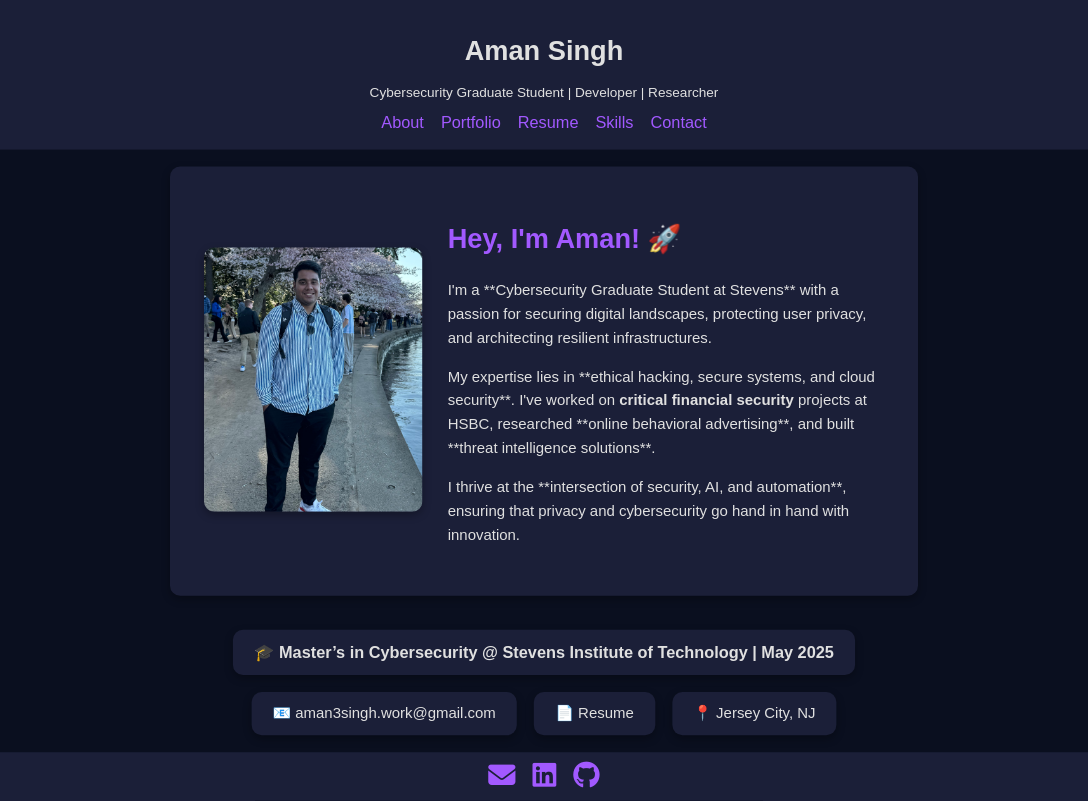
Repository: aman3singh/portfolio
Page: index.html
The author's editor kept a copy of each file at every save. The page is drawn from the files as they stood at one save, then again after the next save.
The browser window is 1280 px wide. The pictures show the whole page, at 85% of full size.

Above is the page before, as saved 2025-02-11 22:21:31.

### index.html
<!DOCTYPE html>
<html lang="en">
<head>
    <meta charset="UTF-8">
    <meta name="viewport" content="width=device-width, initial-scale=1.0">
    <title>Aman Singh | Cybersecurity Portfolio</title>
    <link rel="stylesheet" href="styles.css">
    <link rel="stylesheet" href="https://cdnjs.cloudflare.com/ajax/libs/font-awesome/6.4.2/css/all.min.css">
</head>
<body>
    <header>
        <h1>Aman Singh</h1>
        <p>Cybersecurity Graduate Student | Developer | Researcher</p>
        <nav>
            <a href="#about">About</a>
            <a href="portfolio.html">Portfolio</a>
            <a href="resume.html">Resume</a>
            <a href="#skills">Skills</a>
            <a href="#contact">Contact</a>
        </nav>
    </header>

    <section id="about" style="display: flex; align-items: center; gap: 30px; padding: 40px;">
        <div style="flex: 1; text-align: center;">
            <img src="Aman.jpg" alt="Aman Singh" style="width: 100%; max-width: 300px; border-radius: 12px; box-shadow: 0px 4px 10px rgba(0, 0, 0, 0.3);">
        </div>
        <div style="flex: 2;">
            <h2 style="color: #A259FF;">Hey, I'm Aman! 🚀</h2>
            <p>
                I'm a **Cybersecurity Graduate Student at Stevens** with a passion for securing digital landscapes, protecting user privacy, and architecting resilient infrastructures.
            </p>
            <p>
                My expertise lies in **ethical hacking, secure systems, and cloud security**. I've worked on <b>critical financial security</b> projects at HSBC, researched **online behavioral advertising**, and built **threat intelligence solutions**.
            </p>
            <p>
                I thrive at the **intersection of security, AI, and automation**, ensuring that privacy and cybersecurity go hand in hand with innovation.
            </p>
        </div>
    </section>

    <div style="display: flex; flex-direction: column; align-items: center; text-align: center; gap: 20px; padding: 20px;">
        <div style="background-color: #1B1F38; padding: 15px 25px; border-radius: 12px; font-size: 1.2em; box-shadow: 0px 4px 10px rgba(0, 0, 0, 0.3);">
            🎓 <b>Master’s in Cybersecurity @ Stevens Institute of Technology | May 2025</b>
        </div>
        <div style="display: flex; gap: 20px;">
            <div style="background-color: #1B1F38; padding: 15px 25px; border-radius: 12px; font-size: 1.1em; box-shadow: 0px 4px 10px rgba(0, 0, 0, 0.3);">
                📧 <a href="mailto:aman3singh.work@gmail.com" style="color: #E0E0E0; text-decoration: none;">aman3singh.work@gmail.com</a>
            </div>
            <div style="background-color: #1B1F38; padding: 15px 25px; border-radius: 12px; font-size: 1.1em; box-shadow: 0px 4px 10px rgba(0, 0, 0, 0.3);">
                📄 <a href="resume.html" style="color: #E0E0E0; text-decoration: none;">Resume</a>
            </div>
            <div style="background-color: #1B1F38; padding: 15px 25px; border-radius: 12px; font-size: 1.1em; box-shadow: 0px 4px 10px rgba(0, 0, 0, 0.3);">
                📍 Jersey City, NJ
            </div>
        </div>
    </div>


    <footer>
            <div class="social-links" style="display: flex; gap: 20px; font-size: 2rem;">
                <a href="mailto:aman3singh.work@gmail.com" target="_blank">
                    <i class="fa-solid fa-envelope"></i>
                </a>
                <a href="https://www.linkedin.com/in/aman-singh7/" target="_blank">
                    <i class="fa-brands fa-linkedin"></i>
                </a>
                <a href="https://github.com/aman3singh" target="_blank">
                    <i class="fa-brands fa-github"></i>
                </a>
            </div>
    </footer>
</body>
</html>

### styles.css
body {
    font-family: 'Arial', sans-serif;
    margin: 0;
    padding: 0;
    background-color: #0A0F1F;
    color: #E0E0E0;
}

header {
    background-color: #1B1F38;
    color: 	#E0E0E0;
    text-align: center;
    padding: 20px;
}

nav {
    display: flex;
    justify-content: center;
    gap: 20px;
}

nav a {
    color: #A259FF;
    text-decoration: none;
    font-size: 1.2em;
    transition: color 0.3s;
}

nav a:hover {
    color: #00E5FF;
}

section {
    padding: 20px;
    margin: 20px auto;
    max-width: 800px;
    background: #1B1F38;
    box-shadow: 0px 4px 6px rgba(0, 0, 0, 0.1);
    border-radius: 8px;
}

h2 {
    color: #A259FF;
}
#about {
    display: flex;
    align-items: center;
    gap: 30px;
    padding: 40px;
    background-color: #1B1F38;
    border-radius: 12px;
    box-shadow: 0px 4px 10px rgba(0, 0, 0, 0.3);
}

#about img {
    width: 100%;
    max-width: 300px;
    border-radius: 12px;
    box-shadow: 0px 4px 10px rgba(0, 0, 0, 0.3);
}

#about h2 {
    color: #A259FF;
    font-size: 2em;
}

#about p {
    color: #E0E0E0;
    font-size: 1.1em;
    line-height: 1.6;
}
#resume-container {
    display: flex;
    justify-content: center;
    align-items: center;
    min-height: 100vh;
    background-color: #0A0F1F; /* Match with your theme */
    padding-bottom: 0; /* Ensures no extra padding */
    overflow: hidden; /* Prevents extra scrolling */
}

#resume-container iframe {
    width: 80%;
    height: 100vh; /* Make it take full viewport height */
    border: none;
    background-color: transparent;
}

.project {
    border-left: 4px solid #A259FF;
    padding-left: 10px;
    margin-bottom: 15px;
}

.social-links {
    display: flex;
    justify-content: center;
    gap: 15px;
    font-size: 2rem;
}

.social-links a {
    color: #A259FF;
    transition: color 0.3s;
}

.social-links a:hover {
    color: #00E5FF;
}

footer {
    text-align: center;
    padding: 10px;
    background-color: #1B1F38;
    color: #E0E0E0;
}

After the next save:
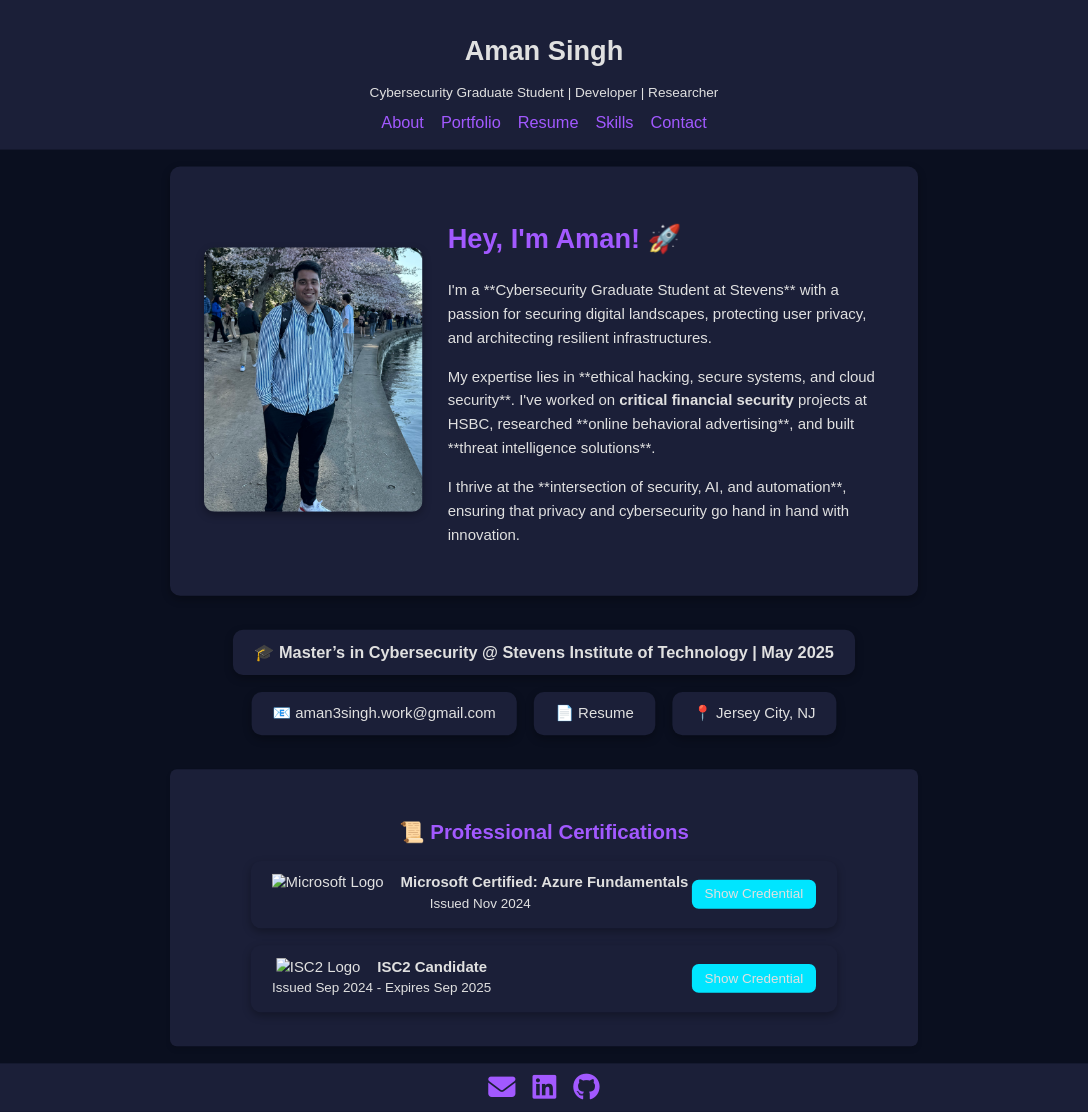
Not found: isc2_logo.png
Not found: microsoft_logo.png
Saved 9 min 55 s later.
--- a/index.html
+++ b/index.html
@@ -55,6 +55,27 @@
         </div>
     </div>
 
+    <section id="certifications" style="padding: 40px; text-align: center;">
+        <h2 style="color: #A259FF;">📜 Professional Certifications</h2>
+        <div style="display: flex; flex-direction: column; align-items: center; gap: 20px;">
+            <div style="background-color: #1B1F38; padding: 15px 25px; border-radius: 12px; font-size: 1.1em; width: 80%; display: flex; align-items: center; justify-content: space-between; box-shadow: 0px 4px 10px rgba(0, 0, 0, 0.3);">
+                <div>
+                    <img src="microsoft_logo.png" alt="Microsoft Logo" style="height: 40px; margin-right: 15px;">
+                    <b>Microsoft Certified: Azure Fundamentals</b>
+                    <p style="margin: 5px 0; font-size: 0.9em;">Issued Nov 2024</p>
+                </div>
+                <a href="https://learn.microsoft.com/en-us/users/amansingh-1923/credentials/2ef5697650f7d138?ref=https%3A%2F%2Fwww.linkedin.com%2F" target="_blank" style="color: #E0E0E0; text-decoration: none; background-color: #00E5FF; padding: 8px 15px; border-radius: 8px; font-size: 0.9em;">Show Credential</a>
+            </div>
+            <div style="background-color: #1B1F38; padding: 15px 25px; border-radius: 12px; font-size: 1.1em; width: 80%; display: flex; align-items: center; justify-content: space-between; box-shadow: 0px 4px 10px rgba(0, 0, 0, 0.3);">
+                <div>
+                    <img src="isc2_logo.png" alt="ISC2 Logo" style="height: 40px; margin-right: 15px;">
+                    <b>ISC2 Candidate</b>
+                    <p style="margin: 5px 0; font-size: 0.9em;">Issued Sep 2024 - Expires Sep 2025</p>
+                </div>
+                <a href="https://www.credly.com/badges/34d270c8-7299-4ed3-a625-0a13da7394b7/linked_in_profile" target="_blank" style="color: #E0E0E0; text-decoration: none; background-color: #00E5FF; padding: 8px 15px; border-radius: 8px; font-size: 0.9em;">Show Credential</a>
+            </div>
+        </div>
+    </section>
 
     <footer>
             <div class="social-links" style="display: flex; gap: 20px; font-size: 2rem;">
